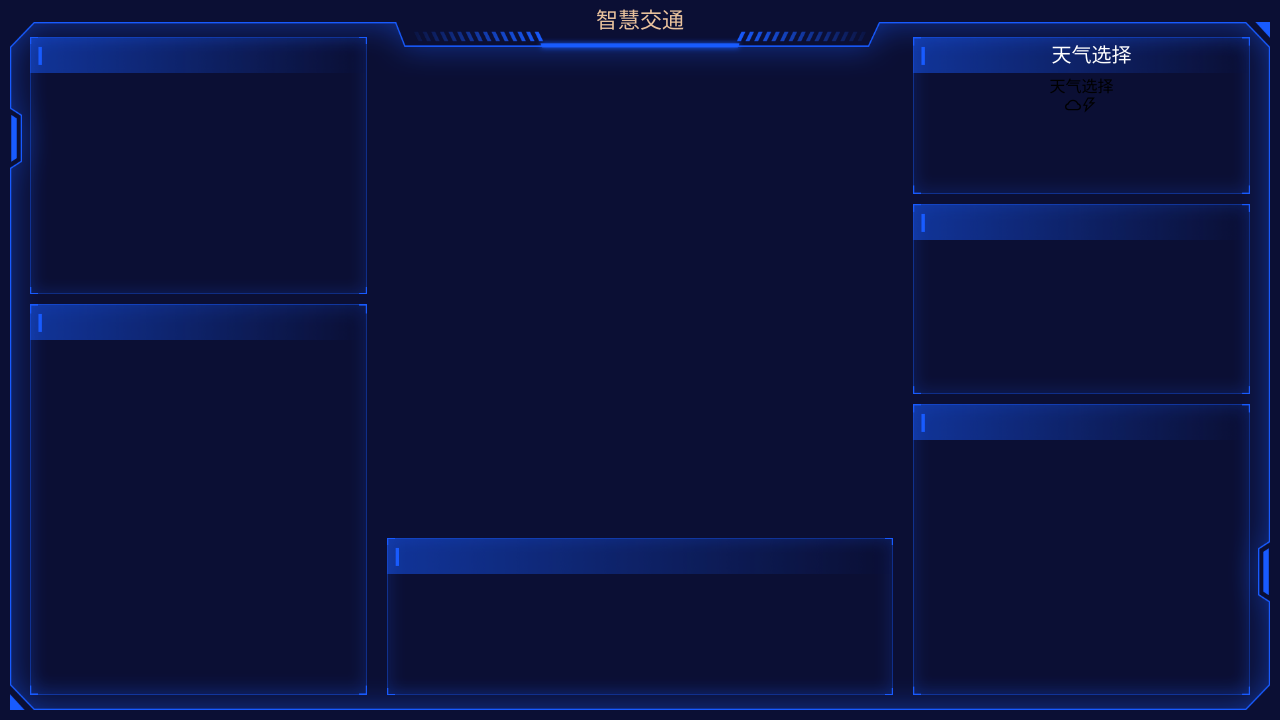
Repository: lizzie7d/smart-traffic
Page: /
An editor plug-in stored every save of this project. The page is shown before and after the next save, followed by the edit.
The browser window is 1280 px wide. The pictures show the whole page.
The project was rebuilt for these pictures with package versions that can differ from the ones it lists, and the page was loaded fresh each time.

Above is the page before, as saved 2023-04-12 09:36:40.

### src/App.js
import "./App.css";
import DetailSection from "./component/DetailSection/detail";
// import MainPage from "./pages/main";

function App() {
  return (
    <div className="App">
      {/* <header className="App-header"></header>
      <content className="App-content">
        <MainPage />
      </content> */}
      <div class="header">
        <h1 class="header-title">智慧交通</h1>
      </div>
      <div class="wrapper">
        <div class="content">
          <div class="col col-l">
            <div class="xpanel-wrapper xpanel-wrapper-40">
              <div class="xpanel xpanel-l-t">
                <div class="title"></div>
              </div>
            </div>
            <div class="xpanel-wrapper xpanel-wrapper-60">
              <div class="xpanel xpanel-l-b">
                <div class="title"></div>
              </div>
            </div>
          </div>
          <div class="col col-c">
            <div class="xpanel-wrapper xpanel-wrapper-75">
              <div class="xpanel no-bg"></div>
            </div>
            <div class="xpanel-wrapper xpanel-wrapper-25">
              <div class="xpanel xpanel-c-b">
                <div class="title title-long"></div>
              </div>
            </div>
          </div>
          <div class="col col-r">
            <div class="xpanel-wrapper xpanel-wrapper-25">
              <div class="xpanel xpanel-r-t">
                <div class="title">天气选择</div>
                <DetailSection />
              </div>
            </div>
            <div class="xpanel-wrapper xpanel-wrapper-30">
              <div class="xpanel xpanel-r-m">
                <div class="title"></div>
              </div>
            </div>
            <div class="xpanel-wrapper xpanel-wrapper-45">
              <div class="xpanel xpanel-r-b">
                <div class="title"></div>
              </div>
            </div>
          </div>
        </div>
      </div>
    </div>
  );
}

export default App;

### src/App.css
.App {
  text-align: center;
}


/* .App-content {
  background-color: #282c34;
  min-height: 100vh;
  display: flex;
  background-image: url(./assets/bg-image.png);
background-repeat: no-repeat;
background-size: 100%;
  flex-direction: column;
  font-size: calc(10px + 2vmin);
  color: white;
} */


.App-link {
  color: #61dafb;
}

@keyframes App-logo-spin {
  from {
    transform: rotate(0deg);
  }
  to {
    transform: rotate(360deg);
  }
}

/********** Global **********/
html, body {
	width:100%;
	height:100%;
	font-family:"microsoft yahei", arial, sans-serif;
	background-color:#0b0f34;
	overflow-x:hidden;
	overflow-y:auto;
}
body {margin:0 auto;min-width:375px;max-width:1920px;}

/********** Layout **********/
.header {position:relative;height:42px;box-sizing:border-box;}
.header-title {
	margin:0;
	padding:0;
	line-height:64px;
	text-align:center;
	font-size:32px;
	font-weight:400;
	color:#e9c29d;
}
.wrapper {
	position:absolute;
	top:36px;
	bottom:10px;
	left:10px;
	right:10px;
	padding:10px 10px 0 10px;
	min-height:500px;
	background:url("../src/img/wrapper-bg.png") no-repeat;
	background-size:100% 100%;
	box-sizing:border-box;
}
/* PC */
@media (max-width:1919px) {
	.header {height:36px;}
	.header-title {line-height:42px;font-size:22px;}
	.wrapper {top:22px;}
}
/* Mobile */
@media (max-width:1279px) {
	.header-title {max-width:96%;}
	.wrapper {background:none;}
}

/********** Content **********/
.content {
	display:-webkit-flex;
	display:-ms-flexbox;
	display:flex;
	padding:25px 15px;
	height:100%;
	min-height:100%;
	box-sizing:border-box;
}
.col {margin:0 10px;height:100%;}
.col-l {-webkit-flex:2;-ms-flex:2;flex:2}
.col-c {-webkit-flex:3;-ms-flex:3;flex:3;}
.col-r {-webkit-flex:2;-ms-flex:2;flex:2;}
/* PC */
@media (max-width:1919px) {
	.content {padding:5px 0;}
}
/* Mobile */
@media (max-width:1279px) {
	.content {
		-webkit-flex-direction:column;
		-ms-flex-direction:column;
		flex-direction:column;
	}
	.col {margin:5px 0;}
	.col-l,
	.col-c,
	.col-r {-webkit-flex:none;-ms-flex:none;flex:none;}
}
.xpanel-wrapper {padding-bottom:10px;box-sizing:border-box;}
.xpanel-wrapper {height:100%;}
.xpanel-wrapper-25 {height:25%;}
.xpanel-wrapper-30 {height:30%;}
.xpanel-wrapper-40 {height:40%;}
.xpanel-wrapper-45 {height:45%;}
.xpanel-wrapper-60 {height:60%;}
.xpanel-wrapper-75 {height:75%;}
.xpanel {
	height:100%;
	min-height:100px;
	background-repeat:no-repeat;
	background-size:100% 100%;
	box-sizing:border-box;
}
.xpanel-l-t {background-image:url("../src/img/panel-l-t.png");}
.xpanel-l-b {background-image:url("../src/img/panel-l-b.png");}
.xpanel-c-b {background-image:url("../src/img/panel-c-b.png");}
.xpanel-r-t {background-image:url("../src/img/panel-r-t.png");}
.xpanel-r-m {background-image:url("../src/img/panel-r-m.png");}
.xpanel-r-b {background-image:url("../src/img/panel-r-b.png");}
.xpanel .title {
	padding-left:24px;
	height:44px;
	line-height:44px;
	font-size:24px;
	font-weight:normal;
	color:#fff;
	background-image:url("../src/img/title-bg.png");
	background-repeat:no-repeat;
	background-size:100% 100%;
}
.xpanel .title-long {background-image:url("../src/img/title-bg-long.png");}
/* PC */
@media (max-width:1919px) {
	.xpanel .title {padding-left:20px;height:36px;line-height:36px;font-size:20px;}
}

/* tool */
.fill-h {height:100% !important;min-height:100% !important;}
.no-margin {margin:0 !important;}
.no-padding {padding:0 !important;}
.no-bg {background:none !important;}
.no-border {border:0 !important;}

/* scrollbar */
::-webkit-scrollbar {width:0;height:0;}
::-webkit-scrollbar-track {background-color:transparent;}
::-webkit-scrollbar-thumb {border-radius:5px;background-color:rgba(0, 0, 0, 0.3);}

### src/component/DetailSection/detail.jsx
import { CloudOutlined, ThunderboltOutlined } from "@ant-design/icons";

const DetailSection = () => {
    return (
        <div className="detail-section">
            <div className='detail-title'>天气选择</div>
            <div className="weather-icon">
                <CloudOutlined />
                <ThunderboltOutlined />

            </div>

        </div>
    )
}
export default DetailSection;

Loaded but not shown: public/index.html (common file); src/index.js (common file); src/index.css (common file); src/reportWebVitals.js (common file)

After the next save:
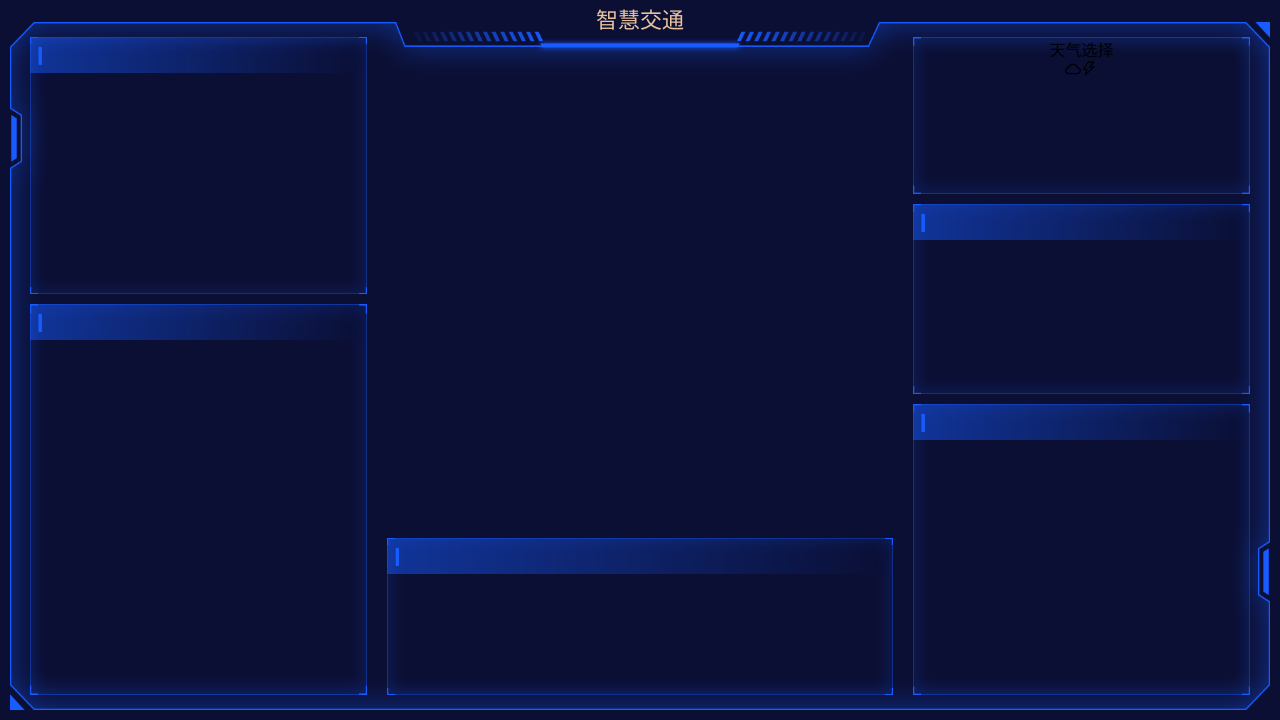
Saved 10 s later.
--- a/src/App.js
+++ b/src/App.js
@@ -39,7 +39,7 @@ function App() {
           <div class="col col-r">
             <div class="xpanel-wrapper xpanel-wrapper-25">
               <div class="xpanel xpanel-r-t">
-                <div class="title">天气选择</div>
+                {/* <div class="title">天气选择</div> */}
                 <DetailSection />
               </div>
             </div>
